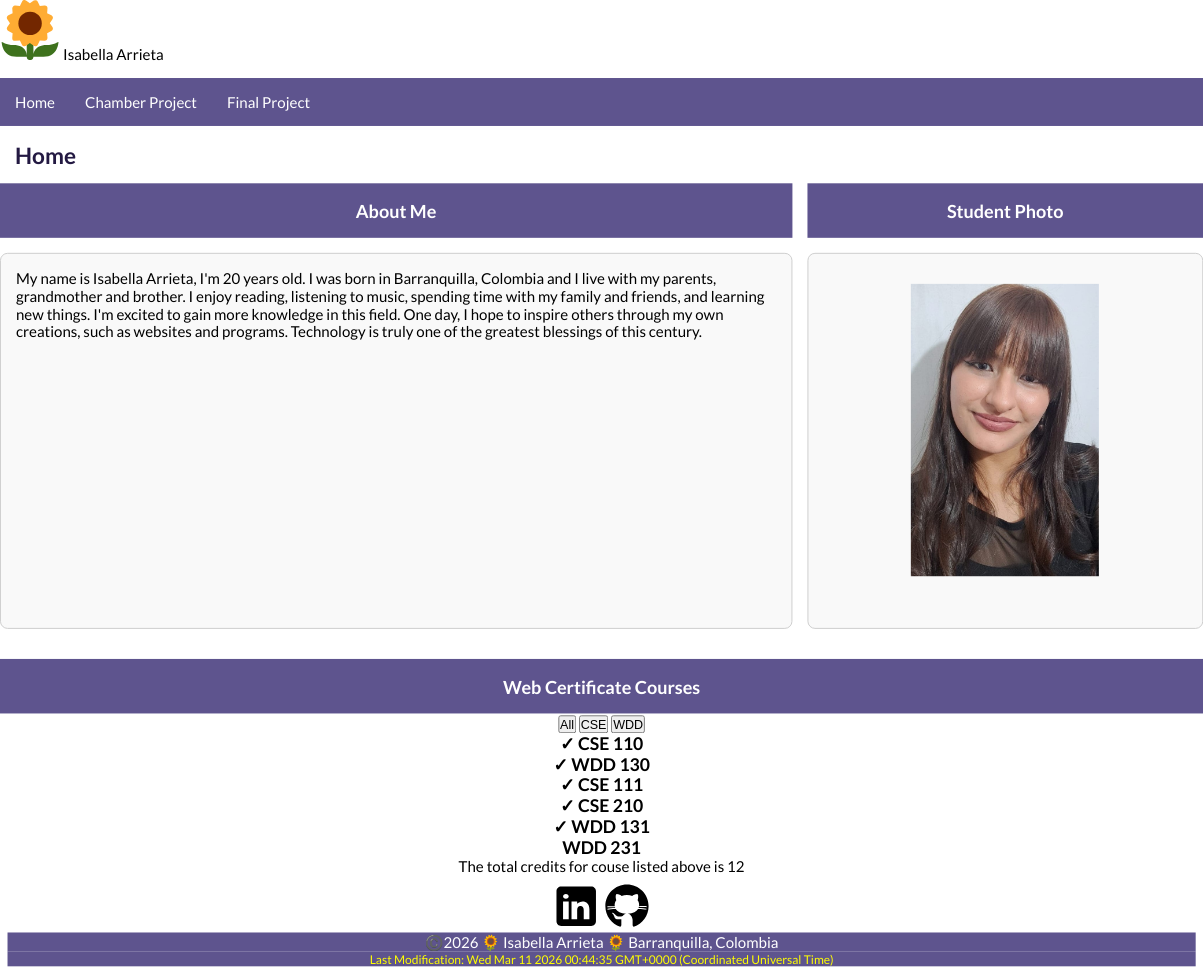
Repository: isaAJ05/wdd231
Page: index.html
These files come from the project's save history. The page is drawn as it stood at one moment and after the next save; the edit follows.
The browser window is 1280 px wide. The pictures show the whole page, at 94% of full size.
Some web fonts or font styles are not loaded; a fallback is used.

Above is the page before, as saved 2026-03-11 00:44:42.

### index.html
<!DOCTYPE html>
<html lang="en">
<head>
    <meta charset="UTF-8">
    <meta name="viewport" content="width=device-width, initial-scale=1.0">
    <title>WDD 231 – Web Frontend Development I – Isabella Arrieta</title>
    <meta name="description" content="WDD 231 – Web Frontend Development I Isabella Arrieta, This is a page about me">
    <meta name="author" content="Isabella Arrieta">
    <link rel="stylesheet" href="styles/normalize.css">
    <link rel="preconnect" href="https://fonts.googleapis.com">
    <link rel="preconnect" href="https://fonts.gstatic.com" crossorigin>
    <link href="https://fonts.googleapis.com/css2?family=Lato:ital,wght@0,100;0,300;0,400;0,700;0,900;1,100;1,300;1,400;1,700;1,900&family=Open+Sans:ital,wght@0,300..800;1,300..800&family=Play:wght@400;700&family=Raleway:ital,wght@0,100..900;1,100..900&display=swap" rel="stylesheet">
    <script src="scripts/getdates.js" defer></script>
    <script src="scripts/hamburguer.js" defer></script>
    <script src="scripts/courses.js" defer></script>
</head>
<body>
    <header>
        <div class="title">
            <img src="images/sunflower-svgrepo-com.svg" alt="Isabella Arrieta logo">
            <span>Isabella Arrieta</span>
        </div>
        <button id="menu" aria-label="Open menu"></button>
        <nav>
            <ul class="navigation">
			<li><a href="index.html">Home</a></li>
			<li><a href="#" class="chamber">Chamber Project</a></li>
			<li><a href="#" class="final">Final Project</a></li>
		</ul>
        </nav>
    </header>
    <main>
        <h1>Home</h1>
        <section>
         <div class="rectangle">
            <h2>About Me</h2>
            </div>
        <div class="card">
            <p>My name is Isabella Arrieta, I'm 20 years old. I was born in Barranquilla, Colombia and I live with my parents, grandmother and brother. I enjoy reading, listening to music, spending time with my family and friends, and learning new things. I'm excited to gain more knowledge in this field. One day, I hope to inspire others through my own creations, such as websites and programs. Technology is truly one of the greatest blessings of this century.</p>
        </div>
        </section>
        <section>
            <div class="rectangle">
                <h2>Student Photo</h2>
            </div>
            <div class="card">
                <img src="images/isa.jpg" alt="Isabella Arrieta picture">
            </div>
        </section>
        <section>
            <div class="rectangle">
                <h2>Web Certificate Courses</h2>
            </div>
            <div class="course-buttons">
                <button id="all">All</button>
                <button id="cse">CSE</button>
                <button id="wdd">WDD</button>
            </div>
            <div id="courses"></div>
            <p>The total credits for couse listed above is <span id="totalCredits"></span></p>

        </section>
    </main>
    <footer>
        <div class ="icons">
                <a href="https://www.linkedin.com/in/isabella-arrieta/" target="_blank"><img src="images/icons8-linkedin.svg" alt="LinkedIn icon"></a>
                <a href="https://github.com/isaaj05" target="_blank"><img src="images/icons8-github.svg" alt="GitHub icon"></a>
        </div>
        <p>
            ©️<span id="currentyear"></span> 🌻 Isabella Arrieta 🌻 Barranquilla, Colombia
        </p>
        <p class="last-modified">
            <span id="lastModified"></span>
        </p>
    </footer>

</body>
</html>

### styles/normalize.css
:root {
    --primary-color: #231942;
    --secondary-color: #5e548e;
    --font: "Lato", sans-serif;
}
* {
	margin: 0;
	padding: 0;
	box-sizing: border-box;
}
body{
	font-family: var(--font);
}
h1 {
	text-align: left;
	color: var(--primary-color);
	font-size: 1.5rem;
	margin-left: 1rem;
	position: left;
}

h2 {
	font-size: 1.2rem;
	color: #fff;
	text-align: center;
	margin: 1rem;
	}
header {
    position: relative;

}
nav {
	margin: 1rem auto;
}

/* small view navigation */
#menu {
	font-size: 1.5rem;
	border: 0;
	background: none;
	color: #000;
 	position: absolute;
  top: 1rem;
	right: 1rem;
}

#menu::before {
	content: "☰";
}

#menu.open::before {
	content: "✖️";
}

.navigation {
	display: flex;
	flex-direction: column;
	list-style: none;
	background-color: var(--secondary-color);
	color: #fff;
}

.navigation a {
	display: none;
	padding: 1rem;
	text-align: center;
	text-decoration: none;
	color: #fff;
}
.navigation a:hover {
	background-color: #bbb;
	color: #333;
	font-weight: 700;
}

/* when the button is clicked - the open class is toggled (added/removed) */
.open a {
	display: block;
}

.active::before {
	content: "📍";  /* just a wayfinding symbol for the user */
}

.card {
	border: 1px solid #ccc;
	border-radius: 8px;
	padding: 1rem;
	margin: 1rem auto;
	height: 400px;
	background-color: #f9f9f9;
}


.rectangle{
	padding: 0.1rem;
	background-color: var(--secondary-color);

}

.card img{
	width: 200px;
	height: auto;
	display: block;
	margin: 1rem auto;
}
footer {
    color:  #fff;
    text-align: center;
    padding: 8px;

}
footer p {
    background: var(--secondary-color);
}
.last-modified {
    font-size: 0.8rem;
    color: yellow;
}

/* large view navigation ************************************/
@media (min-width: 37.5em) {

	 main {
        display: grid;
        grid-template-columns: 2fr 1fr;
        gap: 1rem;

    }

    main h1 {
        grid-column: 1 / -1;
    }

	main section:last-of-type {
    grid-column: 1 / -1;
	text-align: center;
    }

	#menu {
		display: none; /* hide hamburger button */
	}

	.navigation {
		flex-direction: row;
	}

	.navigation a {
		display: block;
		flex: 1 1 100%;
	}

}

### scripts/getdates.js
const year = document.querySelector("#currentyear");
const today = new Date();
year.innerHTML = `<span class="highlight">${today.getFullYear()}</span>`;
const lastMod = document.querySelector("#lastModified");
let oLastModif = new Date(document.lastModified);
lastMod.innerHTML = `Last Modification: <span class="highlight">${oLastModif}</span>`;

### scripts/hamburguer.js
const hamButton = document.querySelector('#menu');
const navigation = document.querySelector('.navigation');
const title = document.querySelector('.title');

hamButton.addEventListener('click', () => {
	navigation.classList.toggle('open');
    hamButton.classList.toggle('open');
    title.classList.toggle('open');
});

### scripts/courses.js
// here we select the elements we need to interact with
const courseContainer = document.querySelector("#courses"); // container for the course cards
const totalCredits = document.querySelector("#totalCredits"); // element to display total credits
// buttons to filter courses
const allBtn = document.querySelector("#all");
const cseBtn = document.querySelector("#cse");
const wddBtn = document.querySelector("#wdd");
// array given by the university with all the courses in the web certificate program
const courses = [
    {
        subject: 'CSE',
        number: 110,
        title: 'Introduction to Programming',
        credits: 2,
        certificate: 'Web and Computer Programming',
        description: 'This course will introduce students to programming. It will introduce the building blocks of programming languages (variables, decisions, calculations, loops, array, and input/output) and use them to solve problems.',
        technology: [
            'Python'
        ],
        completed: true
    },
    {
        subject: 'WDD',
        number: 130,
        title: 'Web Fundamentals',
        credits: 2,
        certificate: 'Web and Computer Programming',
        description: 'This course introduces students to the World Wide Web and to careers in web site design and development. The course is hands on with students actually participating in simple web designs and programming. It is anticipated that students who complete this course will understand the fields of web design and development and will have a good idea if they want to pursue this degree as a major.',
        technology: [
            'HTML',
            'CSS'
        ],
        completed: true
    },
    {
        subject: 'CSE',
        number: 111,
        title: 'Programming with Functions',
        credits: 2,
        certificate: 'Web and Computer Programming',
        description: 'CSE 111 students become more organized, efficient, and powerful computer programmers by learning to research and call functions written by others; to write, call , debug, and test their own functions; and to handle errors within functions. CSE 111 students write programs with functions to solve problems in many disciplines, including business, physical science, human performance, and humanities.',
        technology: [
            'Python'
        ],
        completed: true
    },
    {
        subject: 'CSE',
        number: 210,
        title: 'Programming with Classes',
        credits: 2,
        certificate: 'Web and Computer Programming',
        description: 'This course will introduce the notion of classes and objects. It will present encapsulation at a conceptual level. It will also work with inheritance and polymorphism.',
        technology: [
            'C#'
        ],
        completed: true
    },
    {
        subject: 'WDD',
        number: 131,
        title: 'Dynamic Web Fundamentals',
        credits: 2,
        certificate: 'Web and Computer Programming',
        description: 'This course builds on prior experience in Web Fundamentals and programming. Students will learn to create dynamic websites that use JavaScript to respond to events, update content, and create responsive user experiences.',
        technology: [
            'HTML',
            'CSS',
            'JavaScript'
        ],
        completed: true
    },
    {
        subject: 'WDD',
        number: 231,
        title: 'Frontend Web Development I',
        credits: 2,
        certificate: 'Web and Computer Programming',
        description: 'This course builds on prior experience with Dynamic Web Fundamentals and programming. Students will focus on user experience, accessibility, compliance, performance optimization, and basic API usage.',
        technology: [
            'HTML',
            'CSS',
            'JavaScript'
        ],
        completed: false
    }
]
// function to display the courses on the page
function displayCourses(courseList) {
    courseContainer.innerHTML = ""; // clear the container before adding new courses

    courseList.forEach(course => {
        const card = document.createElement("div"); // create a card for each course
        card.classList.add("course-card");

        if (course.completed) {
            card.classList.add("completed");// add a class to indicate the course is completed
        }

        card.innerHTML = `
            <h3>${course.completed ? '✓' : ''} ${course.subject} ${course.number}</h3>
        `;

        courseContainer.appendChild(card); // add the card to the container
    });

    calculateCredits(courseList);
}
function calculateCredits(courseList) {
    const total = courseList.reduce((sum, course) => sum + course.credits, 0); // calculate the total credits by summing the credits of all courses in the list
    totalCredits.textContent = total;
}

allBtn.addEventListener("click", () => {
    displayCourses(courses);
});

cseBtn.addEventListener("click", () => {
    const cseCourses = courses.filter(course => course.subject === "CSE");
    displayCourses(cseCourses);
});

wddBtn.addEventListener("click", () => {
    const wddCourses = courses.filter(course => course.subject === "WDD");
    displayCourses(wddCourses);
});

displayCourses(courses);

After the next save:
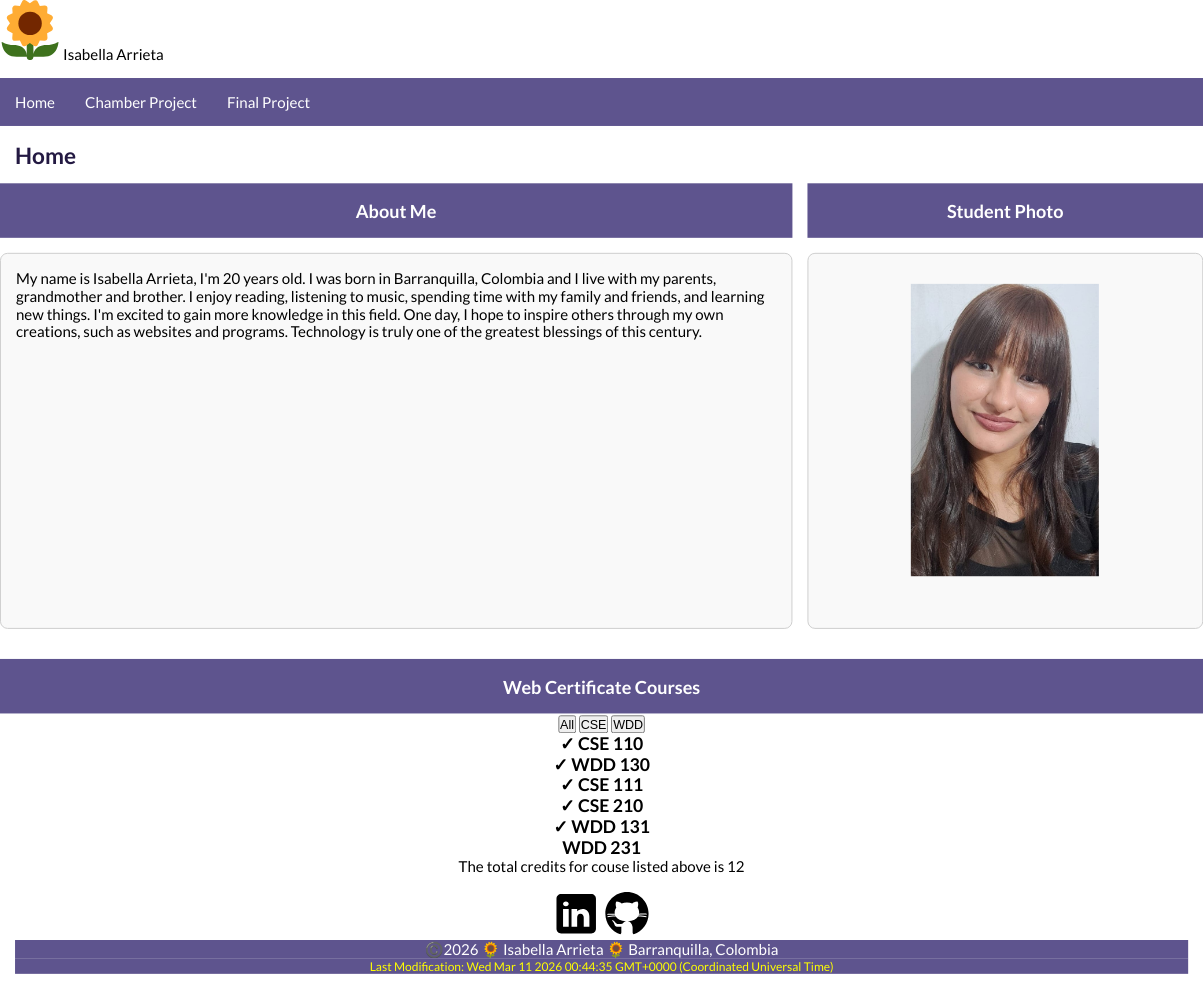
Saved 6 s later.
--- a/styles/normalize.css
+++ b/styles/normalize.css
@@ -107,7 +107,7 @@ nav {
 footer {
     color:  #fff;
     text-align: center;
-    padding: 8px;
+    padding: 1rem;
 
 }
 footer p {
